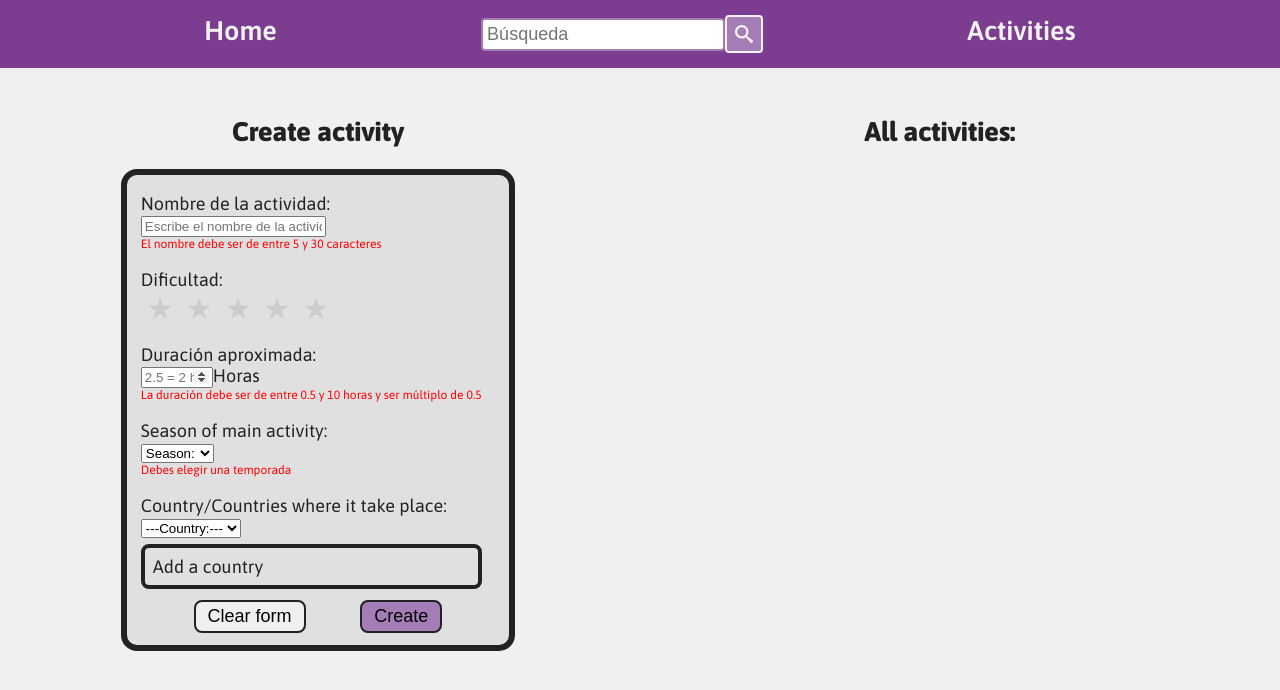
Repository: PCGP22/PI-Countries
Page: /countries/activities (app in cr-pi-countries-main/client/)
An editor plug-in stored every save of this project. The page is shown before and after the next save, followed by the edit.
The browser window is 1280 px wide. The pictures show the whole page.
The page's requests for data from a server got no answer. The project was rebuilt for these pictures with package versions that can differ from the ones it lists, and the page was loaded fresh each time. No one was signed in, and anything a server would have sent is missing. Also part of the build but not shown: cr-pi-countries-main/client/vite.config.js, cr-pi-countries-main/client/src/styles/LandingPage.modules.css, cr-pi-countries-main/client/src/components/LandingPage.jsx, cr-pi-countries-main/client/src/components/Detail.jsx, cr-pi-countries-main/client/src/components/Filter.jsx, cr-pi-countries-main/client/src/styles/HomePage.modules.css, cr-pi-countries-main/client/src/components/HomePage.jsx.

Above is the page before, as saved 2023-08-07 22:14:01.

After the next save:
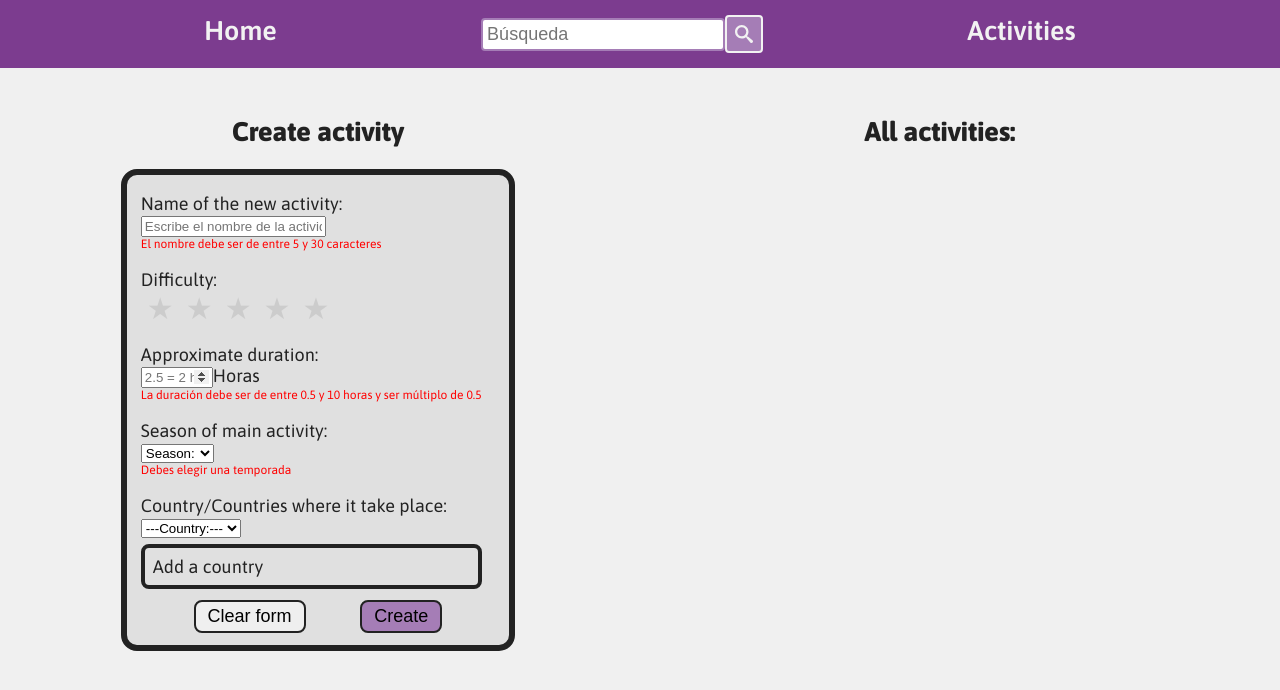
Saved 64 s later.
--- a/cr-pi-countries-main/client/src/components/ActivityPage.jsx
+++ b/cr-pi-countries-main/client/src/components/ActivityPage.jsx
@@ -115,13 +115,13 @@ function ActivityPage(props) {
             <h1>Create activity</h1>
             <form onSubmit={handleSubmit} className='activityPage__form'>
                 <fieldset className='activityPage__formSection'>
-                    <label htmlFor="name">Nombre de la actividad:</label>
+                    <label htmlFor="name">Name of the new activity:</label>
                     <br/>
                     <input type='text' name="name" onChange={handleChange} placeholder='Escribe el nombre de la actividad'/>
                     {errores.name?<p className="form--error no-space">{errores.name}</p>:""}
                 </fieldset>
                 <fieldset className='activityPage__formSection'>
-                    <label htmlFor='difficulty'>Dificultad:</label>
+                    <label htmlFor='difficulty'>Difficulty:</label>
                     <div className='filter__starContainer'>
                         {
                             ratings.map(i => {
@@ -137,7 +137,7 @@ function ActivityPage(props) {
                     </div>
                 </fieldset>
                 <fieldset className='activityPage__formSection'>
-                    <label htmlFor="duration">Duración aproximada:</label>
+                    <label htmlFor="duration">Approximate duration:</label>
                     <br/>
                     <input type='number' onChange={handleChange} name="duration" placeholder='2.5 = 2 horas y media' min="0.5" max="10" step="0.5"/>
                     <span>Horas</span>
